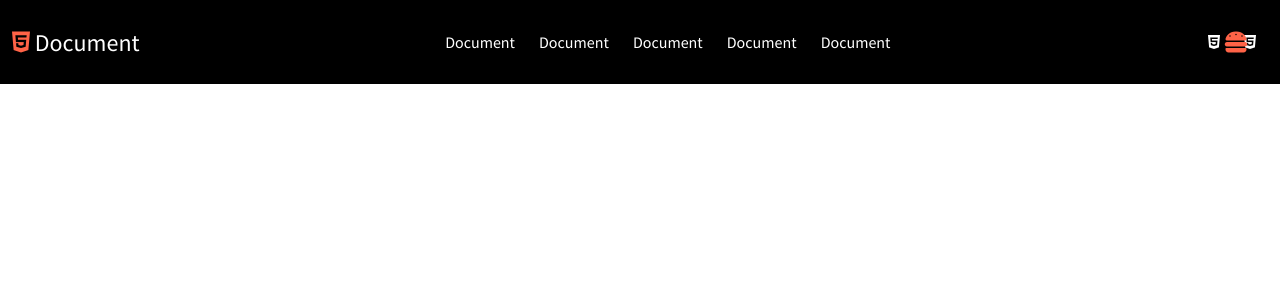
Repository: GoodHoneyCake/Dream_Coding_Academy2
Page: index.html
The author's editor kept a copy of each file at every save. The page is drawn from the files as they stood at one save, then again after the next save.
The browser window is 1280 px wide. The pictures show the whole page.
Some web libraries are served in a nearby version.

Above is the page before, as saved 2021-01-07 16:41:52.

### index.html
<!DOCTYPE html>
<html lang="en">
  <head>
    <meta charset="UTF-8" />
    <meta name="viewport" content="width=device-width, initial-scale=1.0" />
    <title>Document</title>
    <link rel="stylesheet" href="style.css" />
    <link rel="preconnect" href="https://fonts.gstatic.com" />
    <link
      href="https://fonts.googleapis.com/css2?family=Source+Sans+Pro&display=swap"
      rel="stylesheet"
    />
    <script
      src="https://kit.fontawesome.com/c90a48a564.js"
      crossorigin="anonymous"
    ></script>
  </head>
  <body>
    <nav class="navbar">
      <div class="navbar__logo">
        <i class="fab fa-html5"></i>
        <a href="">Document</a>
      </div>
      <ul class="navbar__menu">
        <li><a href="">Document</a></li>
        <li><a href="">Document</a></li>
        <li><a href="">Document</a></li>
        <li><a href="">Document</a></li>
        <li><a href="">Document</a></li>
      </ul>
      <ul class="navbar__icons">
        <li><i class="fab fa-html5"></i></li>
        <li><i class="fab fa-html5"></i></li>
      </ul>

      <a href="" class="navbar__toggleBtn">
        <i class="fas fa-hamburger"></i>
      </a>
    </nav>
  </body>
</html>

### style.css
body {
  margin: 0;
  font-family: "Source Sans Pro", sans-serif;
}

a {
  text-decoration: none;
  color: white;
}

.navbar {
  display: flex;
  justify-content: space-between;
  align-items: center;
  background-color: black;
  padding: 8px 12px;
}

.navbar__logo {
  font-size: 24px;
  color: white;
}

.navbar__logo i {
  color: tomato;
}

.navbar__menu {
  display: flex;
  list-style: none;
  padding-left: 0;
}

.navbar__menu li {
  padding: 8px 12px;
}

.navbar__menu li:hover {
  background-color: gold;
  border-radius: 4px;
}

.navbar__icons {
  list-style: none;
  color: white;
  display: flex;
  padding-left: 0;
}

.navbar__icons i {
  padding: 8px 12px;
}

.navbar__toggleBtn {
  position: absolute;
  right: 32px;
  font-size: 24px;
  color: tomato;
}

@media screen and (max-width: 768px) {
  .navbar {
    flex-direction: column;
    align-items: flex-start;
    padding: 8px 24px;
  }

  .navbar__menu {
    flex-direction: column;
    align-items: center;
    width: 100%;
  }

  .navbar__menu li {
    width: 100%;
    text-align: center;
  }

  .navbar__icons {
    justify-content: center;
    width: 100%;
  }
}

After the next save:
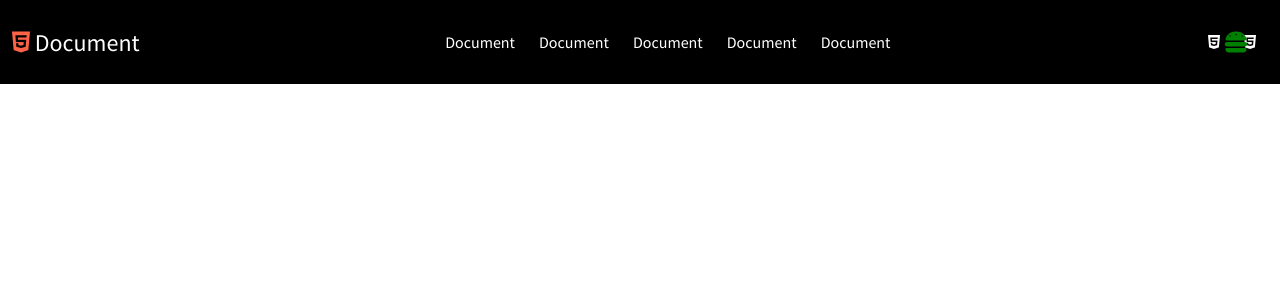
Saved 5 s later.
--- a/style.css
+++ b/style.css
@@ -55,7 +55,7 @@ a {
   position: absolute;
   right: 32px;
   font-size: 24px;
-  color: tomato;
+  color: green;
 }
 
 @media screen and (max-width: 768px) {
